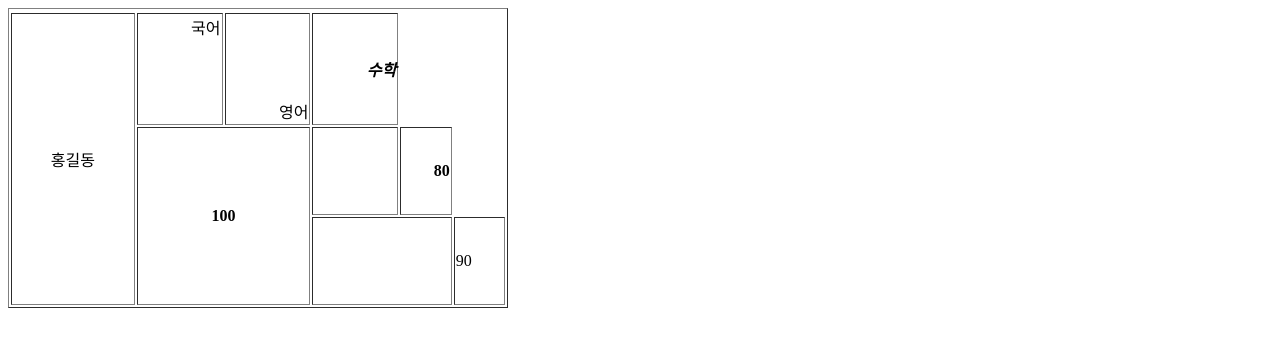
Repository: bjKim2/JSP
Page: HTML/src/main/webapp/Lec03.html
An editor plug-in stored every save of this project. The page is shown before and after the next save, followed by the edit.
The browser window is 1280 px wide. The pictures show the whole page.

Above is the page before, as saved 2022-03-15 02:30:11.

### HTML/src/main/webapp/Lec03.html
<!DOCTYPE html>
<html>
	<head>
		<meta charset="UTF-8">
		<title>Insert title here</title>
	</head>
	<body>
		<table border = '1' width = "500" height = "300">
			<tr>

			</tr>

			<tr align = "right">
				<td rowspan = "3" align = "center"> 홍길동 </td>
				<td valign = "top">국어</td>
				<td valign = "bottom">영어</td>
				<td valign = "middle"><i><b>수학</b></i></td>
			</tr>
			<tr>
				<th rowspan = "2" colspan = "2">100</th>
				<th  align = "center"></th>
				<th align = "right">80</th>

			</tr>
			<tr>

				<td colspan = "2"></td>
				<td>90</td>


			</tr>


		</table>
	</body>
</html>

After the next save:
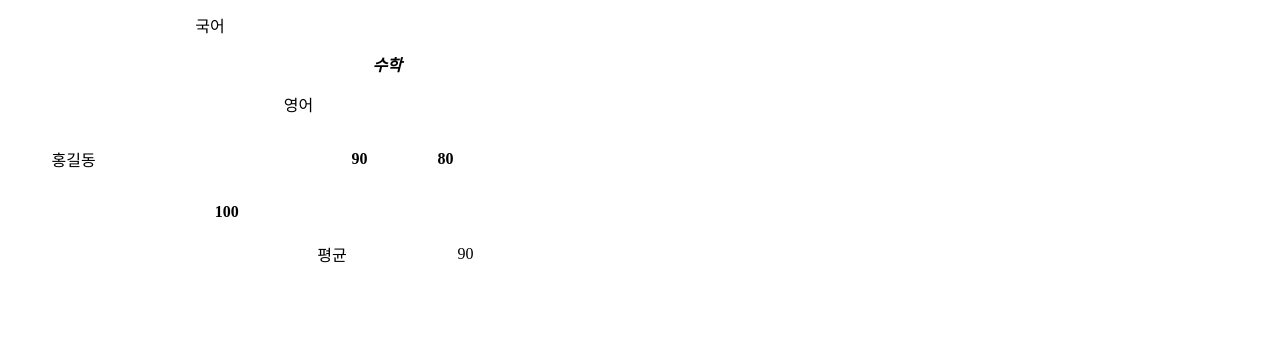
Saved 63 s later.
--- a/HTML/src/main/webapp/Lec03.html
+++ b/HTML/src/main/webapp/Lec03.html
@@ -5,7 +5,7 @@
 		<title>Insert title here</title>
 	</head>
 	<body>
-		<table border = '1' width = "500" height = "300">
+		<table  width = "500" height = "300">
 			<tr>
 
 			</tr>
@@ -18,13 +18,13 @@
 			</tr>
 			<tr>
 				<th rowspan = "2" colspan = "2">100</th>
-				<th  align = "center"></th>
+				<th  align = "center">90</th>
 				<th align = "right">80</th>
 
 			</tr>
 			<tr>
 
-				<td colspan = "2"></td>
+				<td colspan = "2">평균</td>
 				<td>90</td>
 
 
